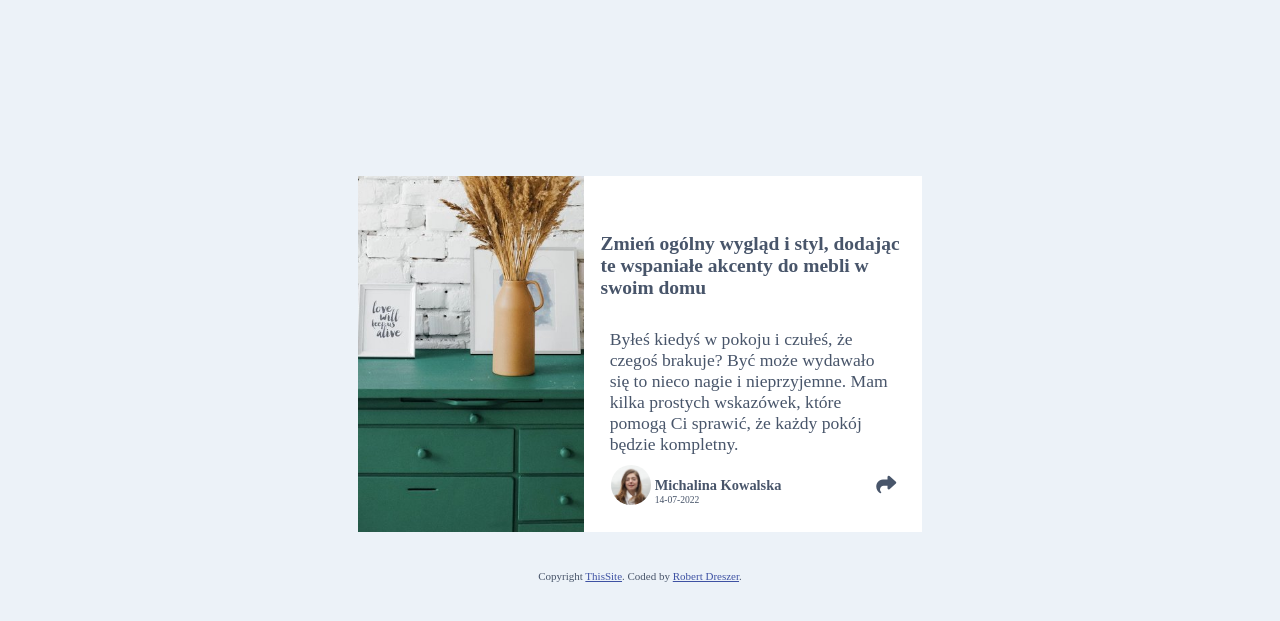
Repository: RobertDsr/komponent-podgl-du-produktu
Page: index.html
The author's editor kept a copy of each file at every save. The page is drawn from the files as they stood at one save, then again after the next save.
The browser window is 1280 px wide. The pictures show the whole page.
Some web libraries are served in a nearby version. The style sheet was rebuilt from its Sass, Less or Tailwind sources for each picture, by a compiler version that may differ from the author's.

Above is the page before, as saved 2022-07-14 14:32:54.

### index.html
<!DOCTYPE html>
<html lang="pl">

<head>
  <meta charset="UTF-8">
  <meta name="viewport" content="width=device-width, initial-scale=1.0">
  <!-- displays site properly based on user's device -->

  <link rel="icon" type="image/png" sizes="32x32" href="./images/favicon-32x32.png">

  <script src="https://kit.fontawesome.com/f1983936fd.js" crossorigin="anonymous"></script>

  <title>Article preview component</title>

  <link rel="stylesheet" href="./design/css/main.min.css">
</head>

<body>

  <div class="wrapper">
    <div class="columns">
      <div class="columnLeft"></div>
      <div class="columnRight">
        <section class="articleDescription">
          <h1 class="Title">Zmień ogólny wygląd i styl, dodając te wspaniałe akcenty do mebli w swoim domu</h1>
          <p>Byłeś kiedyś w pokoju i czułeś, że czegoś brakuje? Być może wydawało się to nieco nagie i nieprzyjemne. Mam
            kilka prostych wskazówek, które pomogą Ci sprawić, że każdy pokój będzie kompletny.</p>
          <div class="author">
            <img src="./images/avatar-michelle.jpg" alt="Michelle" class="imgAuthor">
            <div class="divAuthorName">
              <h2 class="authorName">Michalina Kowalska</h2>
              <time datetime="2022-07-14">14-07-2022</time>
            </div>
            <div class="socialMedia">
              <i class="fa-solid fa-share"></i>
              <div class="popup">
                <div class="mediaWrapper">
                  <h3>share</h3>
                  <img class="img1" src="./images/icon-facebook.svg" alt="ikona facebooka">
                  <img class="img2" src="./images/icon-twitter.svg" alt="ikona twittera">
                  <img class="img3" src="./images/icon-pinterest.svg" alt="ikona pinteresta">
                </div>
              </div>
            </div>
          </div>
        </section>
      </div>
    </div>
    <footer>
      <div class="attribution">
        Copyright <a href="https://robertdreszer.pl/" target="_blank">ThisSite</a>.
        Coded by <a href="https://robertdreszer.pl/">Robert Dreszer</a>.
      </div>
    </footer>
  </div>
</body>

</html>

### design/scss/main.scss
* {
    box-sizing: border-box;
    margin: 0;
    padding: 0;
    --Very-Dark-Grayish-Blue: hsl(217, 19%, 35%);
    --Desaturated-Dark-Blue: hsl(214, 17%, 51%);
    --Grayish-Blue: hsl(212, 23%, 69%);
    --Light-Grayish-Blue: hsl(210, 46%, 95%);
}

body {
    font-size: 13px;
    color: var(--Very-Dark-Grayish-Blue);
}


.wrapper {
    align-items: center;
    background-color: var(--Light-Grayish-Blue);
    display: flex;
    flex-direction: column;
    justify-content: center;
    min-height: 100vh;
    min-width: 100vw;
    max-width: 1440px;
    overflow: hidden;
}

.columns {
    display: flex;
    padding: 3%;
    // justify-content: space-around;
    width: 50%;
}

.columnLeft {
    background: url(../../images/drawers.jpg) center/cover;
    width: 40%;
}

.columnRight {
    background-color: #fff;
    padding: 10% 3% 3%;
    width: 60%;
}

.title {
    font-size: 1.45rem;
}

.articleDescription p {
    font-size: 1.1rem;
    padding: 10% 3% 0;
}

.author {
    display: grid;
    grid-template-columns: 14% 76% 10%;
    padding: 10px;
    align-items: flex-end;
}

.imgAuthor {
    width: 40px;
    height: 40px;
    border-radius: 50%;
}

.divAuthorName {
    font-size: 0.6rem;
    padding-left: 2%;
}

.socialMedia {
    display: flex;
    background-color: var(--Light-Grayish-BlueGrayish-Blue);
    border-radius: 50%;
    width: 40px;
    height: 40px;
    justify-content: center;
    align-items: center;
}

.fa-share {
    font-size: 20px;
    margin: 0 auto;
}

.popup {
    display: none;
}
.attribution { font-size: 11px; text-align: center; }
.attribution a { color: hsl(228, 45%, 44%); }

After the next save:
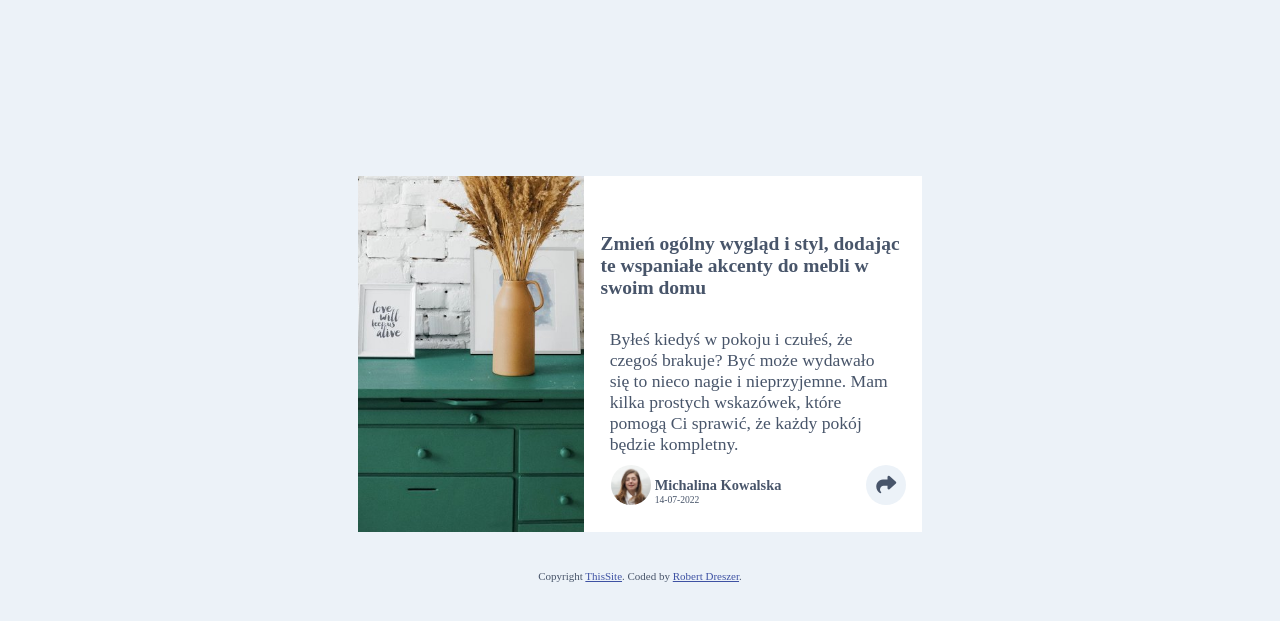
Saved 11 s later.
--- a/design/scss/main.scss
+++ b/design/scss/main.scss
@@ -73,7 +73,7 @@ body {
 
 .socialMedia {
     display: flex;
-    background-color: var(--Light-Grayish-BlueGrayish-Blue);
+    background-color: var(--Light-Grayish-Blue);
     border-radius: 50%;
     width: 40px;
     height: 40px;
